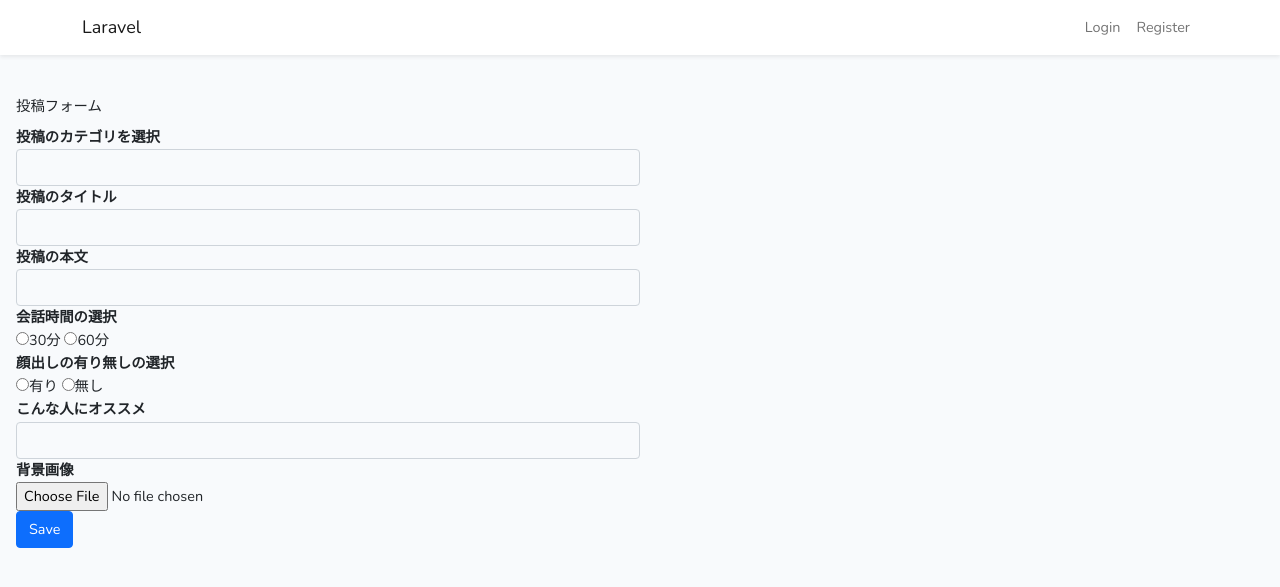
Repository: mmtt83/laravel_myproject
Page: http://localhost/post
The author's editor kept a record of every edit. The page is drawn from the files as they stood at one moment, then again after the next edit.
The browser window is 1280 px wide. The pictures show the whole page.
The page is served by the project's Laravel application, run on PHP 8.4 with Laravel 9. Other server files are loaded and not shown. Queries for data that is not in the repository find no rows.

Above is the page before.

### cms/app/Providers/AppServiceProvider.php
<?php

namespace App\Providers;

use Illuminate\Support\ServiceProvider;
use Illuminate\Routing\UrlGenerator;

class AppServiceProvider extends ServiceProvider
{
    /**
     * Register any application services.
     *
     * @return void
     */
    public function register()
    {
        //
    }

    /**
     * Bootstrap any application services.
     *
     * @return void
     */
    public function boot(UrlGenerator $url)
    {
        $url->forceScheme('https');
    }
}

### cms/routes/web.php
<?php

use Illuminate\Support\Facades\Route;
use App\Models\Post;
use Illuminate\Http\Request;
use App\Http\Controllers\PostsController;
use App\Http\Controllers\ImgController;
/*
|--------------------------------------------------------------------------
| Web Routes
|--------------------------------------------------------------------------
|
| Here is where you can register web routes for your application. These
| routes are loaded by the RouteServiceProvider within a group which
| contains the "web" middleware group. Now create something great!
|
*/

//一覧表示
Route::get('/', [PostsController::class, 'index']);

//登録処理
Route::post('/posts', [PostsController::class, 'store']);

//更新画面
Route::get('/postsedit/{post}',[PostsController::class, 'edit']);

//更新処理
Route::post('posts/update',[PostsController::class, 'update']);

//登録を削除
Route::delete('/post/{post}',[PostsController::class, 'destroy']);

//画像アップロード画面表示
Route::get('/post', [PostsController::class,'index']);

//画像アップロード処理
Route::post('/post/upload',[ImgController::class, 'upload']);

Auth::routes();

Route::get('/home', [App\Http\Controllers\HomeController::class, 'index'])->name('home');

### cms/app/Http/Controllers/PostsController.php
<?php

namespace App\Http\Controllers;

use Illuminate\Http\Request;
use App\Models\Post;
use App\Models\User;
use Auth;
use Validator;
use Illuminate\Support\Str;

class PostsController extends Controller
{
    /**
     * Display a listing of the resource.
     *
     * @return \Illuminate\Http\Response
     */
    //一覧表示
    public function index()
    {
        //全ての投稿を取得
        $posts = Post::get();

        return view('posts',['posts'=>$posts]);
    }

    /**
     * Show the form for creating a new resource.
     *
     * @return \Illuminate\Http\Response
     */
    public function create()
    {
        //
    }

    /**
     * Store a newly created resource in storage.
     *
     * @param  \Illuminate\Http\Request  $request
     * @return \Illuminate\Http\Response
     */
    //登録処理
    public function store(Request $request)
    {
        //バリデーション
        $validator = Validator::make($request->all(), [
            'post_title' => 'required|max:255',
            'post_body' => 'required|max:255',
            ]);
        //バリデーションエラー
        if($validator->fails()){
            return redirect('/')
                ->withInput()
                ->withErrors($validator);
        }

        $file = $request->file('cover_img');
        if(!empty($file)){
            $filename = $file->getClientOriginalName();   //ファイル名を取得
            $move = $file->move('./upload/',$filename); //ファイルを移動
        }else{
            $filename = "";
        }

        //以下に登録処理を記述(Eloquentモデル)
        $posts = new Post;
        $posts->category = $request->category;
        $posts->post_title = $request->post_title;
        $posts->post_body = $request->post_body;
        $posts->select_time = $request->select_time;
        $posts->cover_img = $filename;
        $posts->user_id = Auth::id(); //ここでログインしているユーザーidを登録する
        $posts->save();

        return redirect('/');

    }

    /**
     * Display the specified resource.
     *
     * @param  int  $id
     * @return \Illuminate\Http\Response
     */
    public function show($id)
    {
        //
    }

    /**
     * Show the form for editing the specified resource.
     *
     * @param  int  $id
     * @return \Illuminate\Http\Response
     */
    //更新画面
    public function edit(Post $post)
    {
        return view('postsedit', ['post'=>$post]);
    }

    /**
     * Update the specified resource in storage.
     *
     * @param  \Illuminate\Http\Request  $request
     * @param  int  $id
     * @return \Illuminate\Http\Response
     */
    //更新処理
    public function update(Request $request)
    {
        //バリデーション
        $validator = Validator::make($request->all(),[
            'post_title'=>'required|max:255',
            ]);
        if($validator->fails()){
            return redirect('/')
                ->withInput()
                ->withErrors($validator);
        }
        $file = $request->file('cover_img');
        if(!empty($file)){
            $filename = $file->getClientOriginalName();   //ファイル名を取得
            $move = $file->move('./upload/',$filename); //ファイルを移動
        }else{
            $filename = "";
        }
        //Eloquentモデル
        $posts = Post::find($request->id);
        $posts->category = $request->category;
        $posts->post_title = $request->post_title;
        $posts->post_body = $request->post_body;
        $posts->select_time = $request->select_time;
        $posts->cover_img = $filename;
        $posts->user_id = Auth::id(); //ここでログインしているユーザーidを登録する
        $posts->save();
        return redirect('/');

    }

    /**
     * Remove the specified resource from storage.
     *
     * @param  int  $id
     * @return \Illuminate\Http\Response
     */
    //登録を削除
    public function destroy(Post $post)
    {
        $post->delete();
        return redirect('/');
    }

    //画像をアップロード処理
    public function upload(Request $request){

        //バリデーション
        $validator = $request->validate([
            'img' => 'required|file|image|max:2048',
            ]);

            //画像ファイルの取得
            $file = $request->img;

            //ログインユーザー取得
            $user = Auth::user();

            if(!empty($file)) {
                //ファイルの拡張子取得
                $ext = $file->guessExtension();

                //ファイル名を生成
                $fileName = Str::random(32).'.'.$ext;

                //画像ファイル名を任意のDBに保存
                $user->cover_img=$fileName;
                $user->save();

                //public/uploadフォルダを作成
                $target_path = public_path('/upload/');

                //ファイルをpublic/uploadフォルダに移動
                $file->move($target_path,$fileName);

            }else{
                return redirect('/');
            }
            return redirect('/post');
    }
}

### cms/app/Models/Post.php
<?php

namespace App\Models;

use Illuminate\Database\Eloquent\Factories\HasFactory;
use Illuminate\Database\Eloquent\Model;

class Post extends Model
{
    use HasFactory;

    //Usersテーブルとのリレーション（従テーブル側）
    public function user(){
        return $this->belongsTo('App\Models\User');
    }
}

### cms/resources/views/posts.blade.php
 @extends('layouts.app')
 @section('content')
     <!-- Bootstrapの定形コード… -->
     <div class="card-body">
         <div class="card-title">
             投稿フォーム
         </div>
         <!-- バリデーションエラーの表示に使用-->
     	@include('common.errors')
         <!-- 本登録フォーム -->
         <form action="{{ url('posts') }}" method="POST" class="form-horizontal">
             {{ csrf_field() }}
             <!-- 本のタイトル -->
             <!--投稿のカテゴリ選択-->
                <div class="form-group">
                    <strong>投稿のカテゴリを選択</strong>
                    <div class="col-sm-6">
                        <input type="text" name="category" class="form-control">
                    </div>
                </div>
                <!--投稿のタイトル-->
                <div class="form-group">
                    <strong>投稿のタイトル</strong>
                    <div class="col-sm-6">
                        <input type="text" name="post_title" class="form-control">
                    </div>
                </div>
                <!--投稿の本文-->
                <div class="form-group">
                    <strong>投稿の本文</strong>
                    <div class="col-sm-6">
                        <input type="text" name="post_body" class="form-control">
                    </div>
                </div>
                <!--会話時間-->
                <div class="form-group">
                    <strong>会話時間の選択</strong>
                    <div class="col-sm-6">
                        <input type="radio" name="time_setting" value="30分">30分</input>
                        <input type="radio" name="time_setting" value="60分">60分</input>
                    </div>
                </div>
                <!--顔出しの有り無しの選択-->
                <div class="form-group">
                    <strong>顔出しの有り無しの選択</strong>
                    <div class="col-sm-6">
                        <input type="radio" name="display" value="有り">有り</input>
                        <input type="radio" name="display" value="無し">無し</input>
                    </div>
                </div>
                <!--こんな人にオススメ-->
                <div class="form-group">
                    <strong>こんな人にオススメ</strong>
                    <div class="col-sm-6">
                        <input type="text" name="recommend" class="form-control">
                    </div>
                </div>
                <!--背景画像-->
                <div class="form-group">
                    <strong>背景画像</strong>
                    <div class="col-sm-6">
                        <div class="form-group">
                            <input id="fileUploader" type="file" name="cover_img">
                        </div>
                    </div>
                </div>
             <!-- 本 登録ボタン -->
             <div class="form-group">
                 <div class="col-sm-offset-3 col-sm-6">
                     <button type="submit" class="btn btn-primary">
                         Save
                     </button>
                 </div>
             </div>
         </form>
     </div>
     <!-- Book: 既に登録されてる本のリスト -->
     <!-- 現在の本 -->
     @if (count($posts) > 0)
         <div class="card-body">
             <div class="card-body">
                 <table class="table table-striped task-table">
                     <!-- テーブルヘッダ -->
                     <thead>
                         <th>本一覧</th>
                         <th>&nbsp;</th>
                     </thead>
                     <!-- テーブル本体 -->
                     <tbody>
                         @foreach ($posts as $post)
                             <tr>
                                 <!-- 本タイトル -->
                                 <td class="table-text">
                                     <div>{{ $post->post_title }}</div>
                                 </td>
 			        <!-- 本: 削除ボタン -->
                                 <td>
                                 </td>
                             </tr>
                         @endforeach
                     </tbody>
                 </table>
             </div>
         </div>
    @endif
 @endsection

### cms/resources/views/common/errors.blade.php
 @if (count($errors) > 0)
     <!-- Form Error List -->
     <div class="alert alert-danger">
         <div><strong>入力した文字を修正してください。</strong></div>
         <div>
             <ul>
             @foreach ($errors->all() as $error)
                 <li>{{ $error }}</li>
             @endforeach
             </ul>
         </div>
     </div>
 @endif

Loaded but not shown: cms/app/Http/Controllers/Auth/ConfirmPasswordController.php (common file); cms/app/Http/Controllers/Controller.php (common file); cms/resources/views/layouts/app.blade.php (common file); cms/lang/en.json (common file); cms/public/css/app.css (library)

After the next edit:
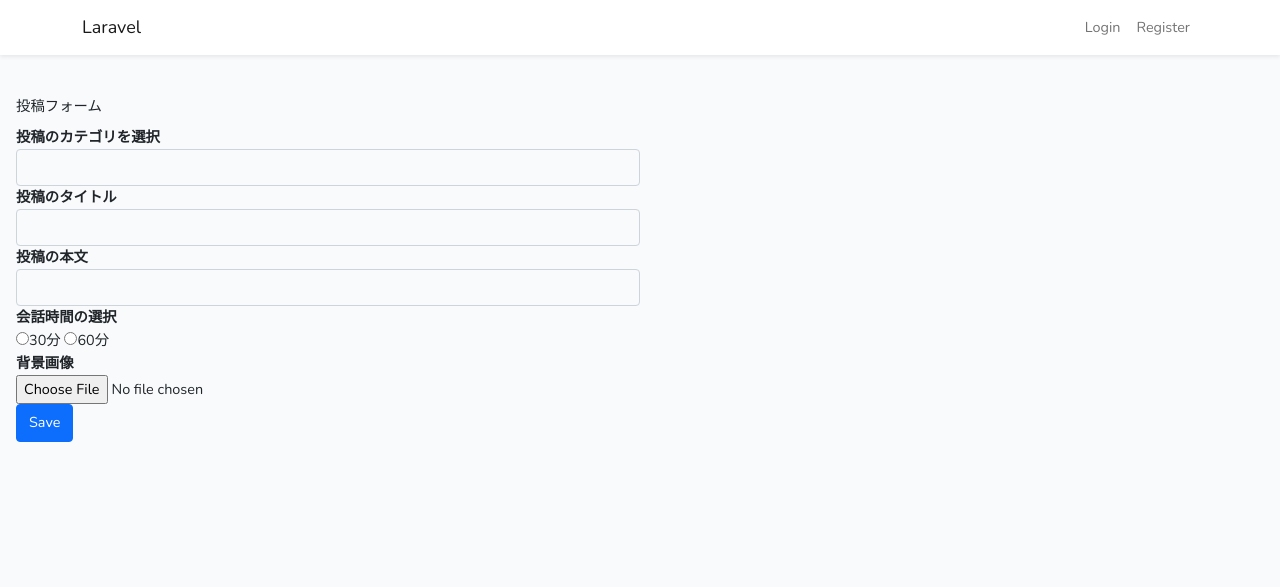
The edit:
--- a/cms/resources/views/posts.blade.php
+++ b/cms/resources/views/posts.blade.php
@@ -38,21 +38,6 @@
                     <div class="col-sm-6">
                         <input type="radio" name="time_setting" value="30分">30分</input>
                         <input type="radio" name="time_setting" value="60分">60分</input>
-                    </div>
-                </div>
-                <!--顔出しの有り無しの選択-->
-                <div class="form-group">
-                    <strong>顔出しの有り無しの選択</strong>
-                    <div class="col-sm-6">
-                        <input type="radio" name="display" value="有り">有り</input>
-                        <input type="radio" name="display" value="無し">無し</input>
-                    </div>
-                </div>
-                <!--こんな人にオススメ-->
-                <div class="form-group">
-                    <strong>こんな人にオススメ</strong>
-                    <div class="col-sm-6">
-                        <input type="text" name="recommend" class="form-control">
                     </div>
                 </div>
                 <!--背景画像-->
